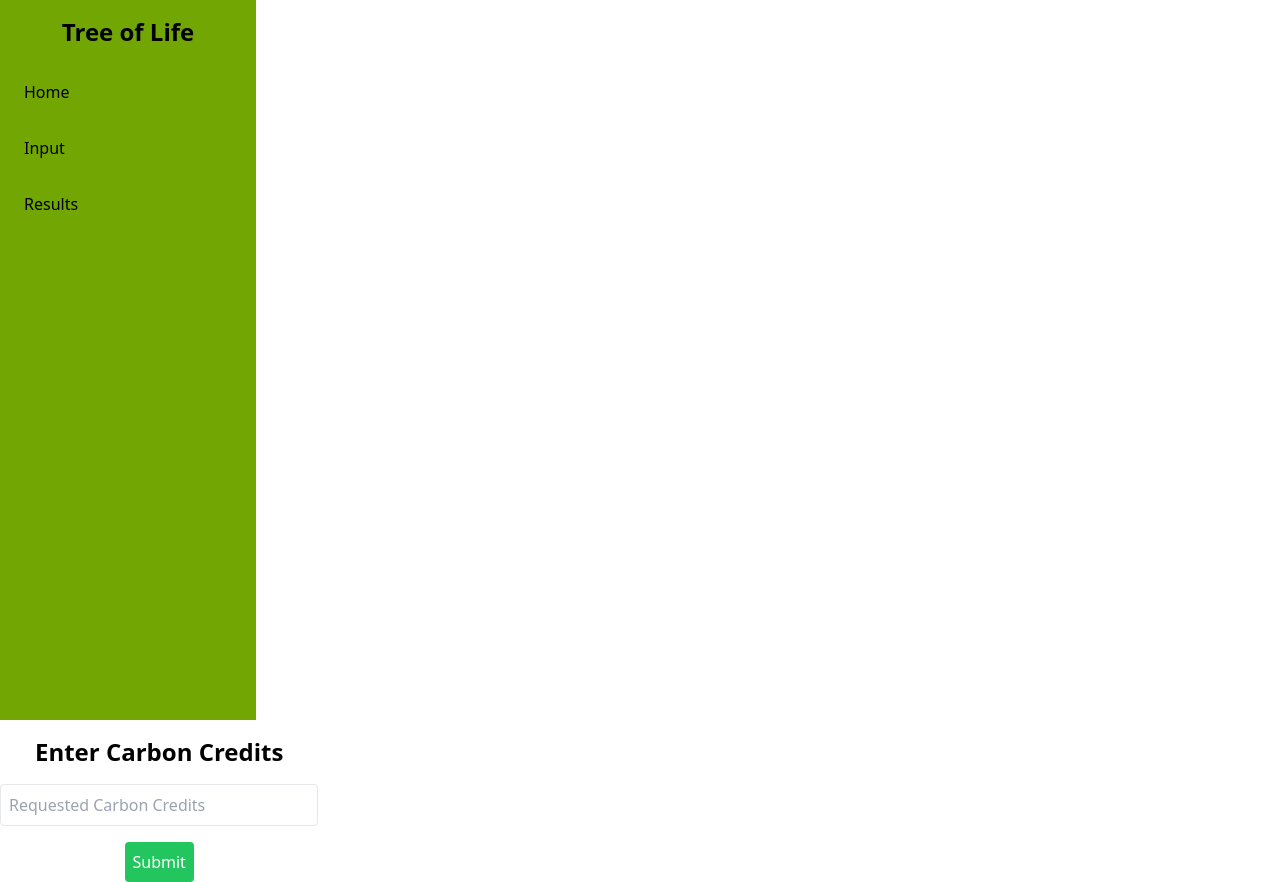
Repository: kayacancode/tolgrainger
Page: /input
These files come from the project's save history. The page is drawn as it stood at one moment and after the next save; the edit follows.
The browser window is 1280 px wide. The pictures show the whole page.
The project was rebuilt for these pictures with package versions that can differ from the ones it lists, and the page was loaded fresh each time. The framework's server and built-in components were replaced by stand-ins that run in the browser. Also part of the build but not shown: next.config.mjs.

Above is the page before, as saved 2024-10-23 16:39:08.

After the next save:
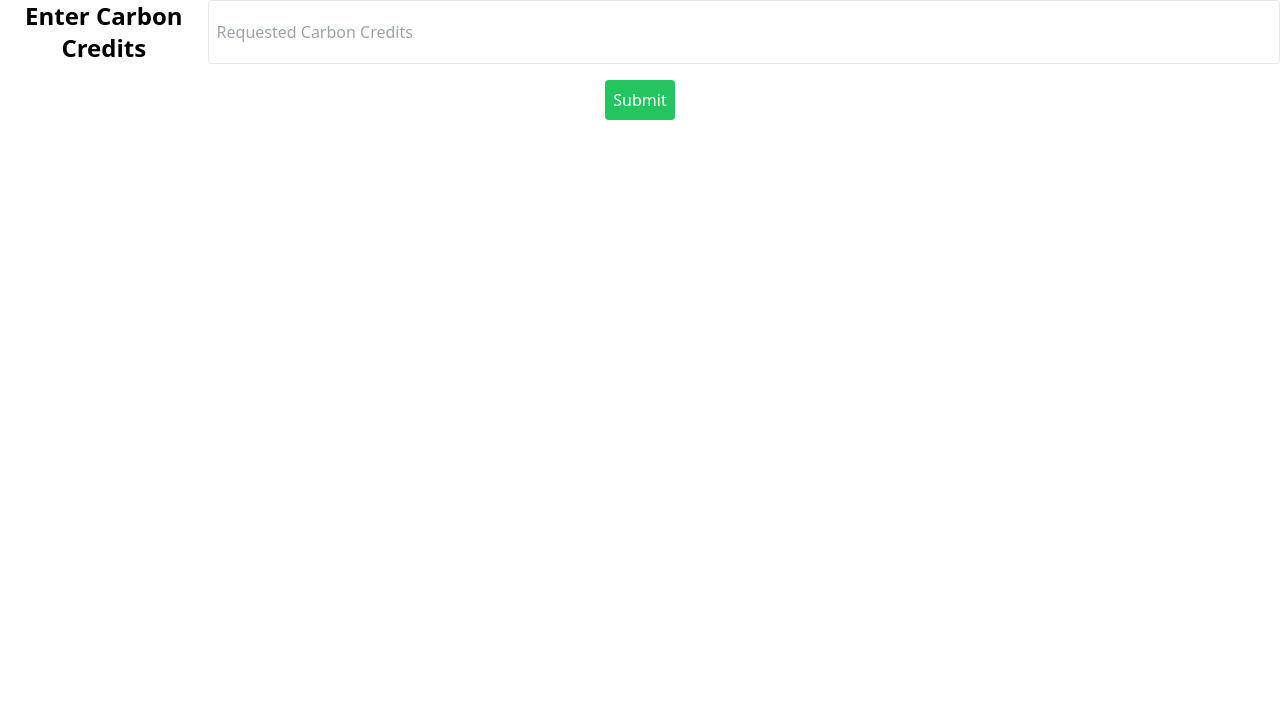
Saved 40 s later.
--- a/src/app/input/page.tsx
+++ b/src/app/input/page.tsx
@@ -3,7 +3,6 @@
 
 import { useState } from "react";
 import { useRouter } from "next/navigation";
-import Sidebar from "@/components/Sidebar";
 
 export default function CarbonInputPage() {
   const [credits, setCredits] = useState<number | "">("");
@@ -15,9 +14,8 @@ export default function CarbonInputPage() {
   };
 
   return (
-    <div className="flex">
     <form onSubmit={handleSubmit} className="space-y-4 text-center">
-      <Sidebar/>
+      <div className="flex">
       <h2 className="text-2xl font-bold">Enter Carbon Credits</h2>
       <input
         type="number"
@@ -26,10 +24,10 @@ export default function CarbonInputPage() {
         onChange={(e) => setCredits(e.target.value)}
         className="w-full p-2 border rounded"
       />
+      </div>
       <button type="submit" className="bg-green-500 text-white p-2 rounded">
         Submit
       </button>
     </form>
-    </div>
   );
 }
